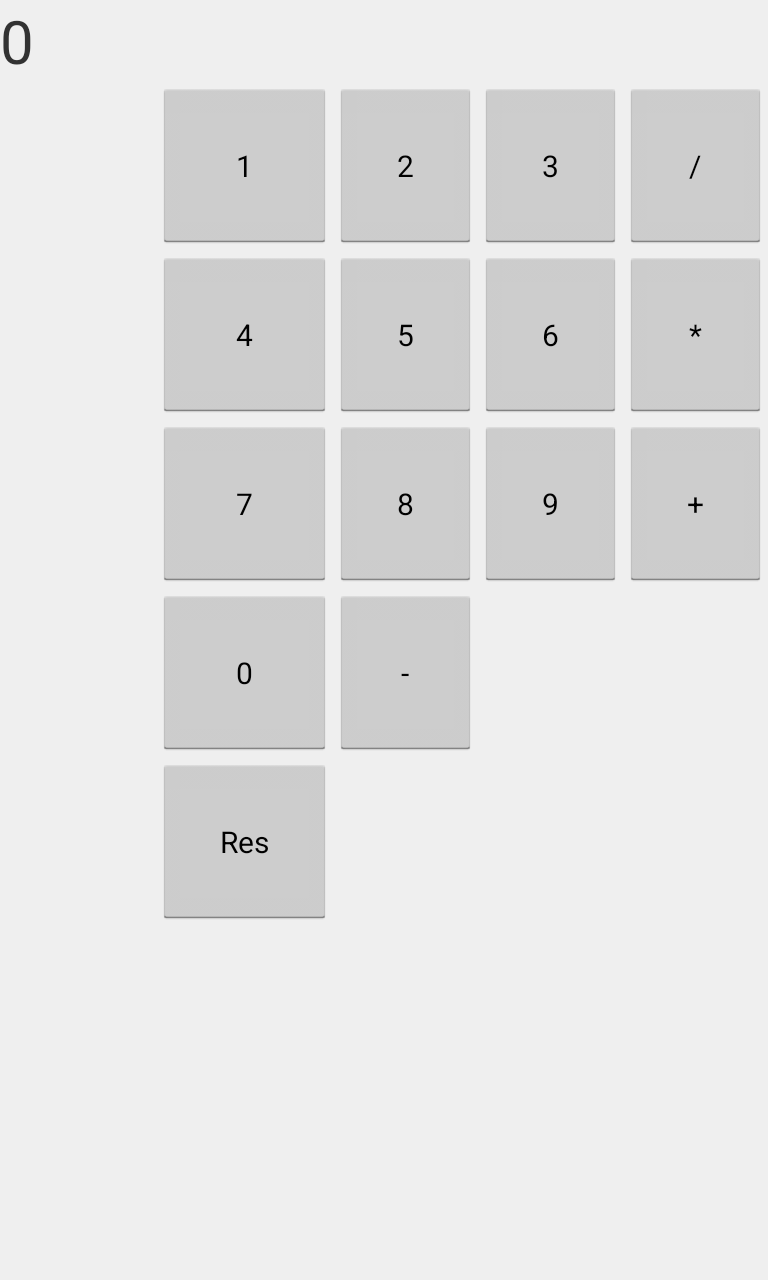
Repository: mariofer82/Calculadora
Layout: Aplicacion1/res/layout/activity_main.xml
An editor plug-in stored every save of this project. The layout is shown before and after the next save, followed by the edit.
It is drawn on a 768 x 1280 px phone screen (xhdpi) without system bars, with theme AppTheme; the app's code is not run.

Above is the layout before, as saved 2013-08-23 17:15:03.

After the next save:
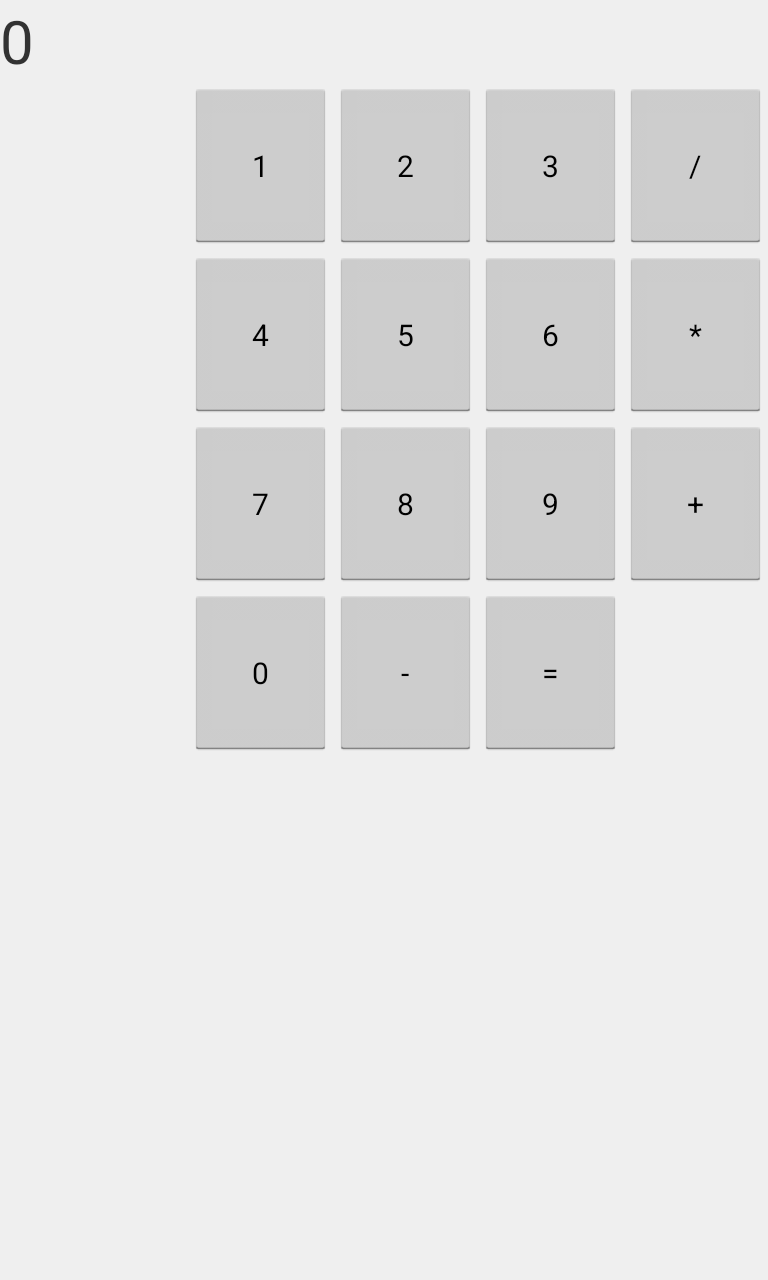
Saved 19 s later.
--- a/Aplicacion1/res/layout/activity_main.xml
+++ b/Aplicacion1/res/layout/activity_main.xml
@@ -191,23 +191,18 @@ android:padding="32dp"
 
 </Button>
 
-</TableRow>
-
-
-<TableRow>
-
-
-<Button
-android:layout_column="4"
-android:id="@+id/Botonigual"
-android:layout_width="wrap_content"
-android:layout_height="wrap_content"
-android:text="Res"
-android:textSize="15dp"
-android:padding="32dp"
->
-
-</Button>
+<Button
+    android:id="@+id/Botonigual"
+    android:layout_width="wrap_content"
+    android:layout_height="wrap_content"
+    android:padding="32dp"
+    android:text="="
+    android:textSize="15dp" />
+
+</TableRow>
+
+
+<TableRow>
 
 
 </TableRow>
